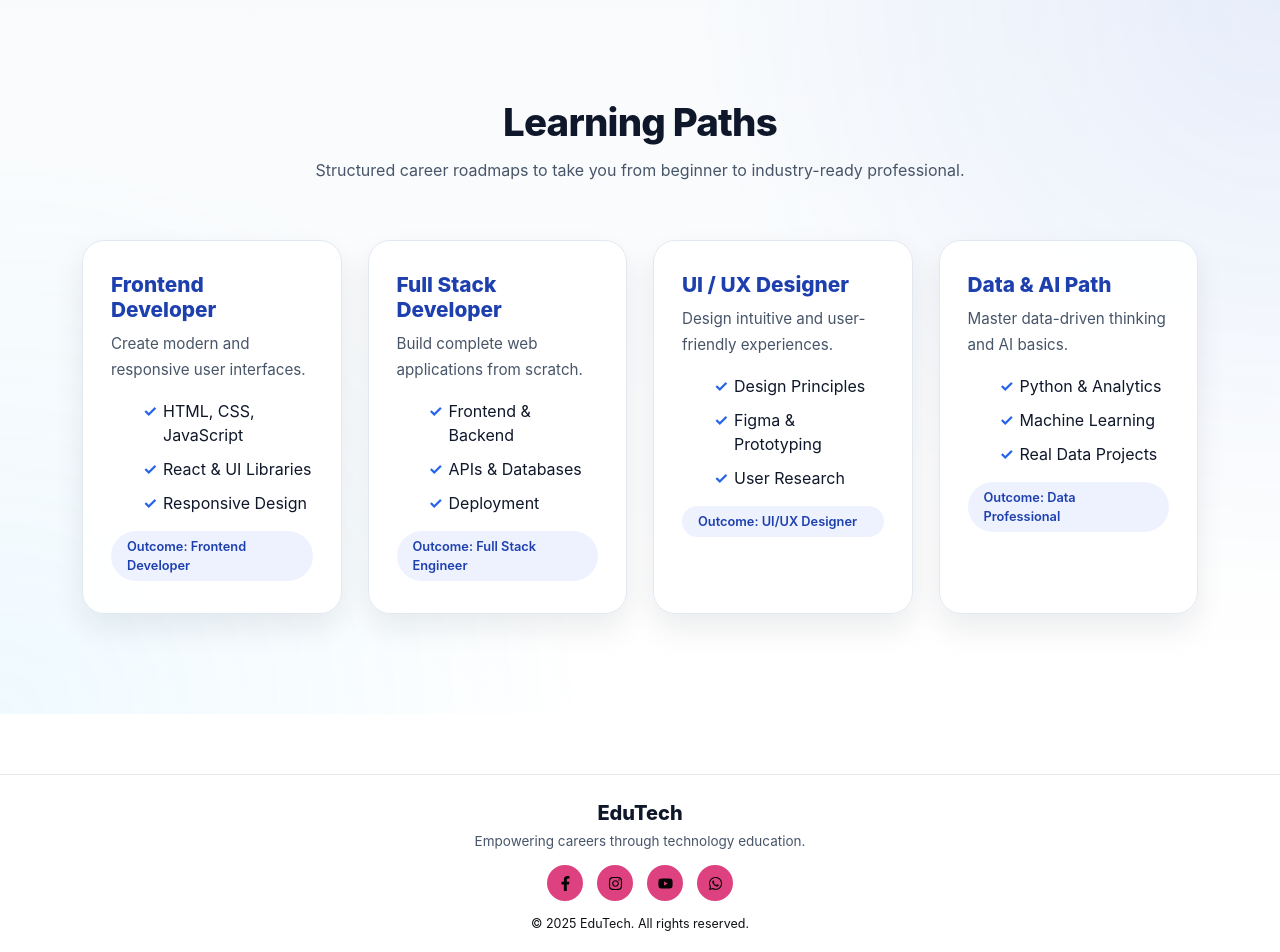
Repository: Aswin74k/project-2
Page: /
An editor plug-in stored every save of this project. The page is shown before and after the next save, followed by the edit.
The browser window is 1280 px wide. The pictures show the part of the page from y = 2045 to 2997 px (the page is 2997 px tall).
The project was rebuilt for these pictures with package versions that can differ from the ones it lists, and the page was loaded fresh each time. Also part of the build but not shown: vite.config.js, src/project/course.css, src/project/Course.jsx, src/project/About.css, src/project/About.jsx, src/project/Enroll.css, src/project/Enroll.jsx, src/project/contact.css and 2 more.

Above is the page before, as saved 2025-12-25 19:46:49.

After the next save:
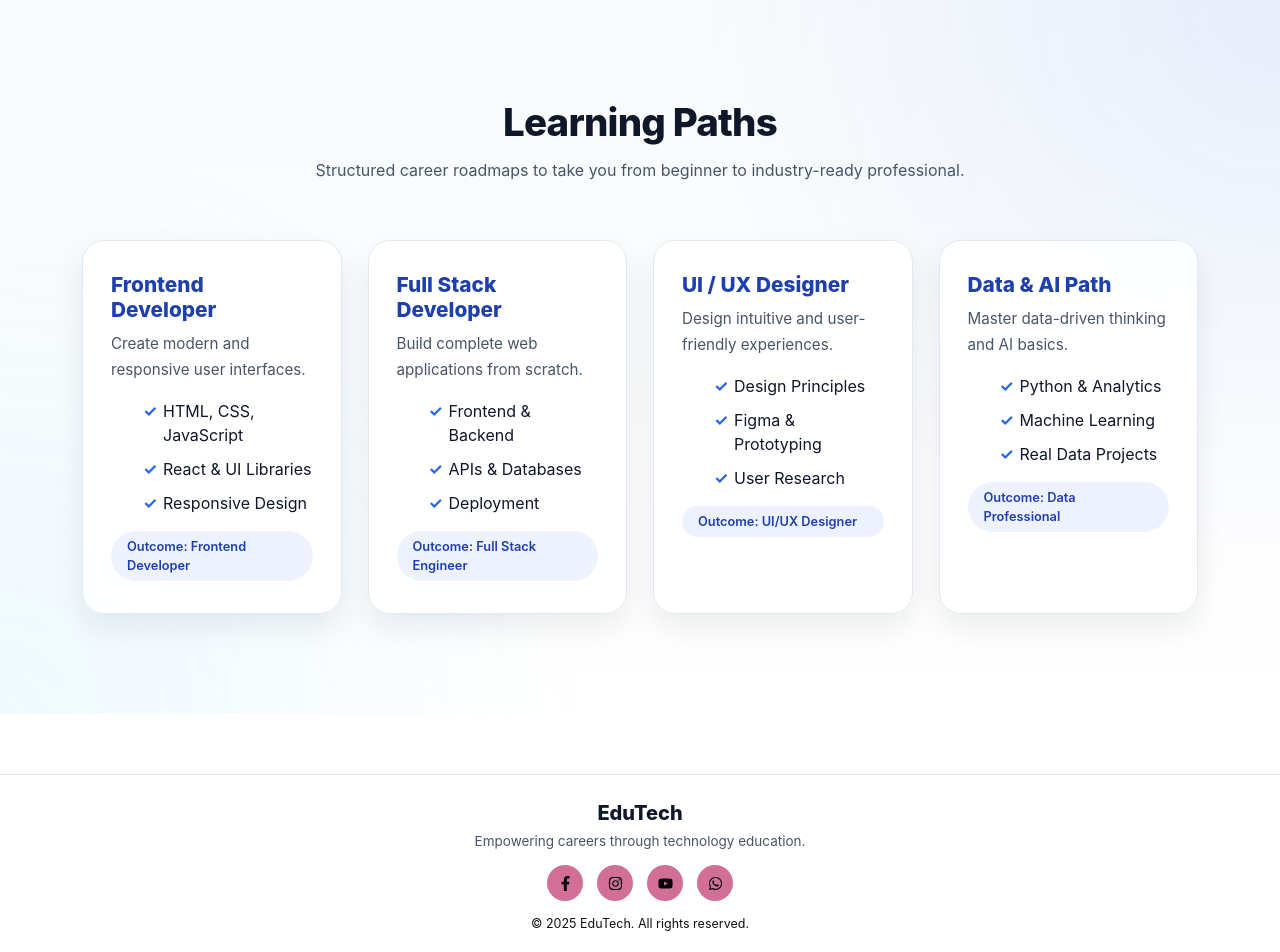
Saved 4 s later.
--- a/src/project/Home.css
+++ b/src/project/Home.css
@@ -314,7 +314,7 @@
 
 /* KEEP ICON COLORS SAME */
 .footer-social a {
-  background-color: rgb(221, 65, 127);
+  background-color: rgb(210, 111, 150);
   width: 36px;
   height: 36px;
   border-radius: 50%;
